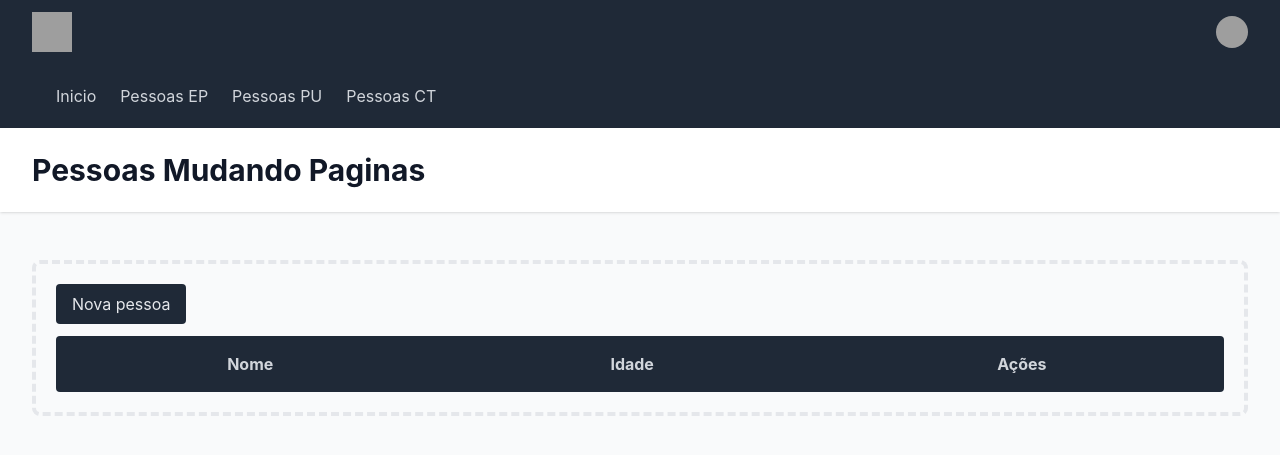
Repository: NunesXdecK/portfolio-jn-old
Page: /pessoa
The author's editor kept a copy of each file at every save. The page is drawn from the files as they stood at one save, then again after the next save.
The browser window is 1280 px wide. The pictures show the whole page.
Pictures or frames that could not be fetched are drawn as grey boxes. The page's requests for data from a server got no answer. The project was rebuilt for these pictures with package versions that can differ from the ones it lists, and the page was loaded fresh each time. The framework's server and built-in components were replaced by stand-ins that run in the browser. No one was signed in, and anything a server would have sent is missing. Also part of the build but not shown: next.config.js.

Above is the page before, as saved 2022-01-08 13:36:58.

After the next save:
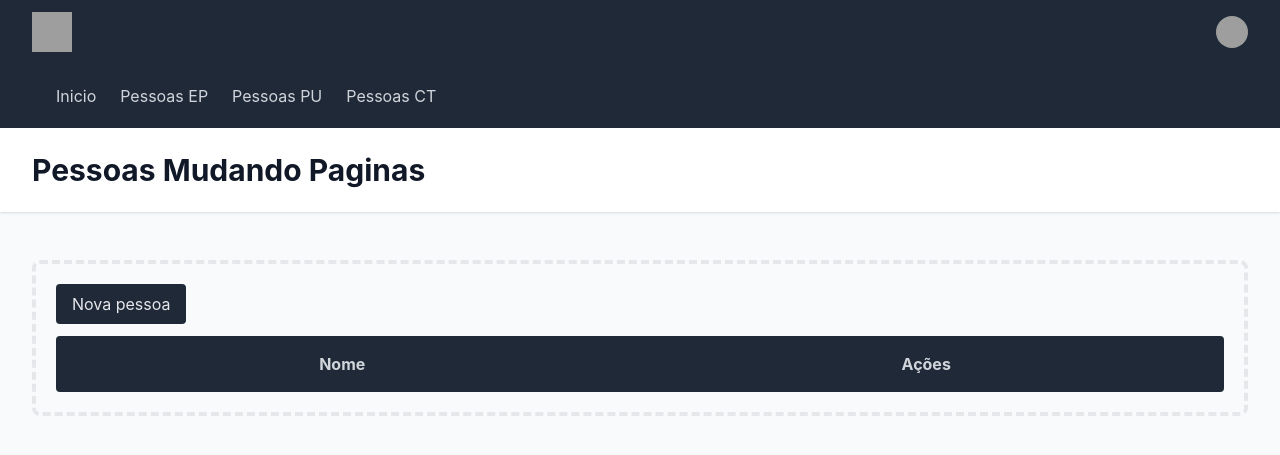
Saved 11 s later.
--- a/src/components/Tabela.tsx
+++ b/src/components/Tabela.tsx
@@ -13,7 +13,7 @@
 export default function Tabela(props: TabelaProps) {
 
     let tdStyles = "text-center p-4"
-    let tdStylesSm = tdStyles + " hidden sm:block"
+    let tdStylesSm = tdStyles + " hidden sm:"
 
     function renderizarCabecalho() {
         return (

After the save that followed:
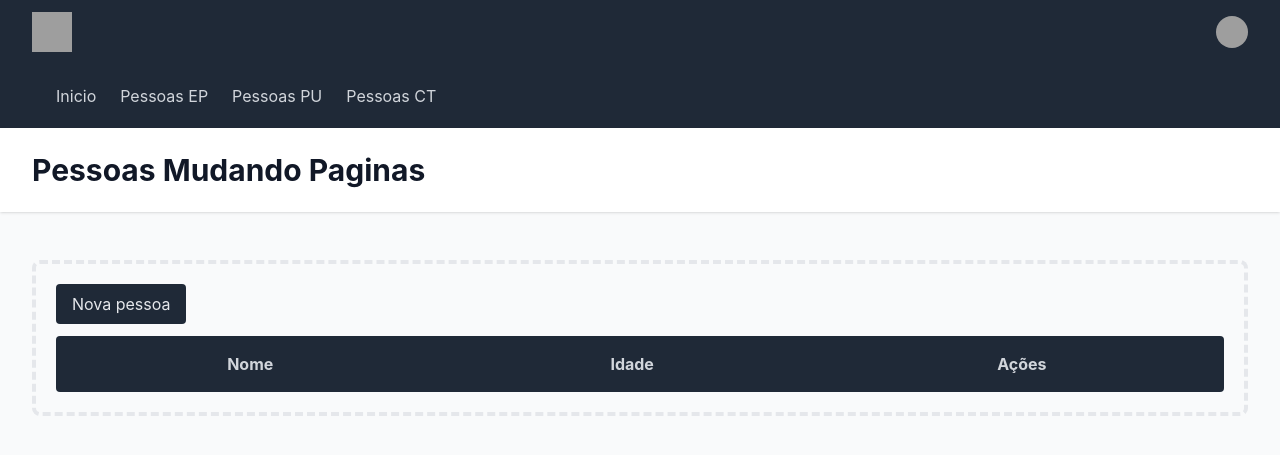
Saved 36 s later.
--- a/src/components/Tabela.tsx
+++ b/src/components/Tabela.tsx
@@ -13,7 +13,7 @@
 export default function Tabela(props: TabelaProps) {
 
     let tdStyles = "text-center p-4"
-    let tdStylesSm = tdStyles + " hidden sm:"
+    let tdStylesSm = tdStyles + " hidden sm:table-cell"
 
     function renderizarCabecalho() {
         return (
